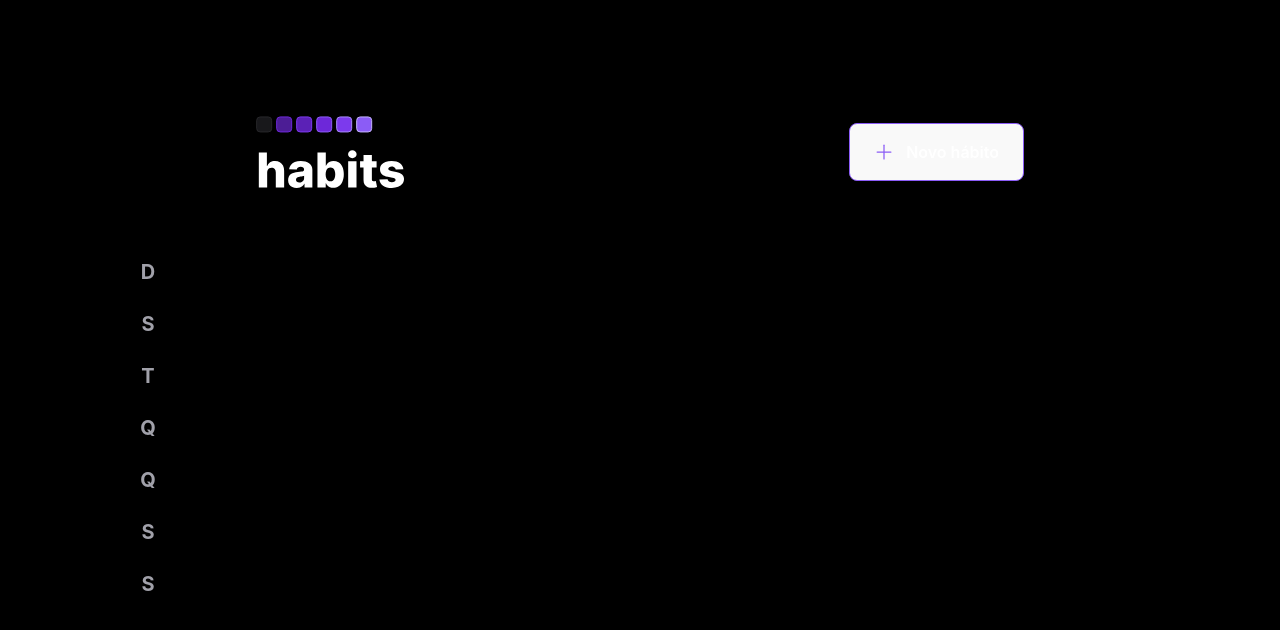
Repository: Herlander929/Setup-Constolador-de-h-bitos
Page: / (app in front-end/web/), after clicking the first element matching `button.border`
An editor plug-in stored every save of this project. The page is shown before and after the next save, followed by the edit.
The browser window is 1280 px wide. The pictures show the whole page.
The project was rebuilt for these pictures with package versions that can differ from the ones it lists, and the page was loaded fresh each time. Also part of the build but not shown: front-end/web/vite.config.ts.

Above is the page before, as saved 2023-01-19 12:07:12.

After the next save:
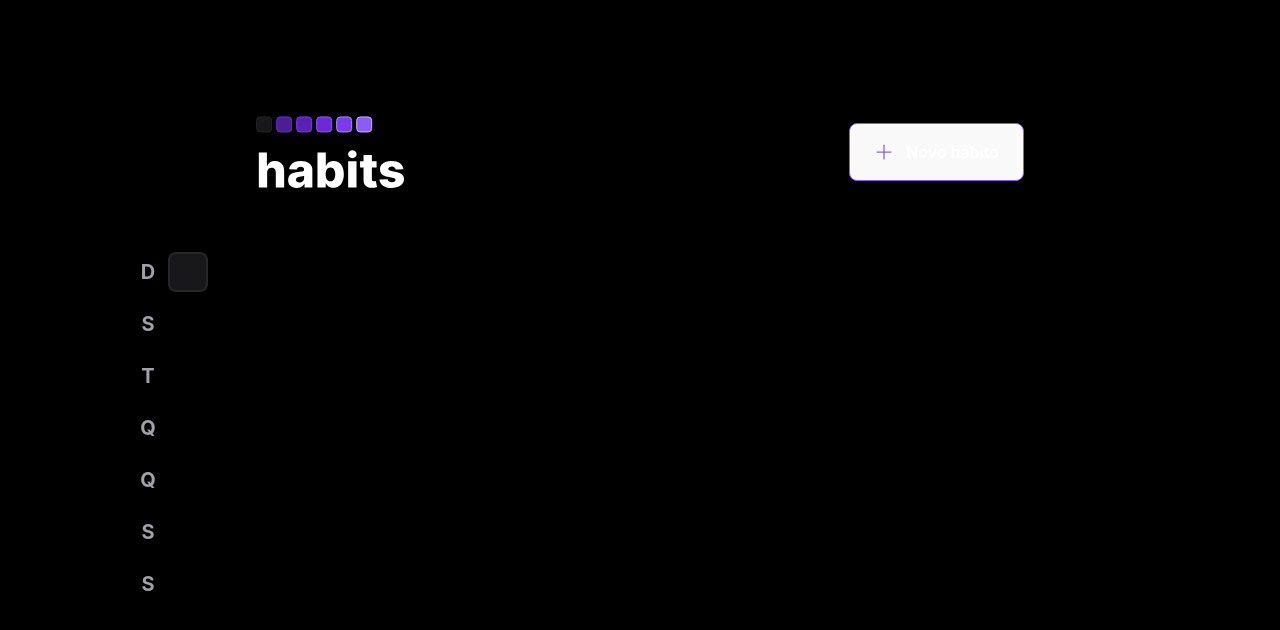
Saved 2 h 58 min later.
--- a/front-end/web/src/componentes/SummaryTable.tsx
+++ b/front-end/web/src/componentes/SummaryTable.tsx
@@ -20,6 +20,11 @@ export function SummaryTable() {
 
 
             </div>
+
+            <div className="grid grid-rows-7 flex-col gap-3">
+                <div className="w-10 h-10 bg-zinc-900 border-2 border-zinc-800 rounded-lg"></div>
+
+            </div>
         </div>
     )
 }
